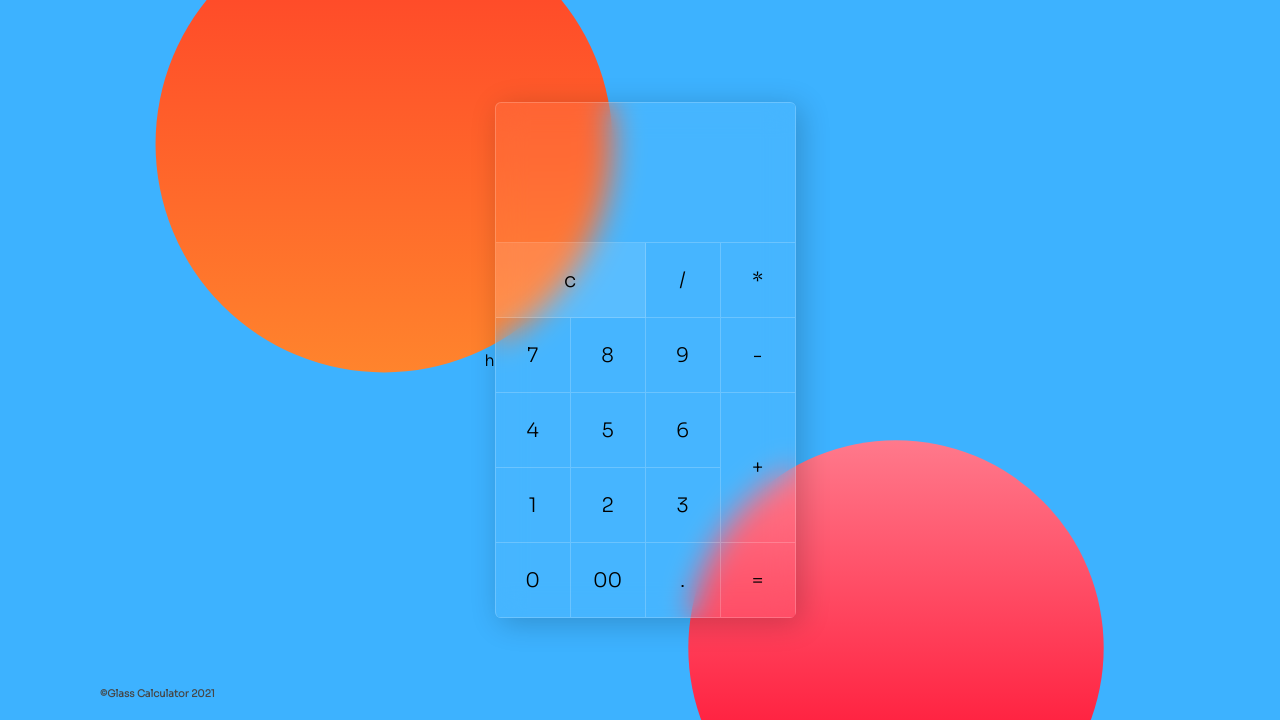
Repository: tharunkumaar404/Glass-Calci
Page: index.html
These files come from the project's save history. The page is drawn as it stood at one moment and after the next save; the edit follows.
The browser window is 1280 px wide. The pictures show the whole page.

Above is the page before, as saved 2021-08-26 15:28:14.

### index.html
<!DOCTYPE html>
<html lang="en">
<head>
    <meta charset="UTF-8">
    <meta http-equiv="X-UA-Compatible" content="IE=edge">
    <meta name="viewport" content="width=device-width, initial-scale=1.0">
    <link rel="icon" href="https://img.icons8.com/fluency/48/000000/calculator.png" type="image/x-icon">
    <title>Calci</title>h
    <link rel="stylesheet" href="styles.css">
</head>
<body>
    <div class="container">
        <form class="calculator" name="calc">
            <input type="text" readonly class="value" name="txt"/>
            <span class="num clear" onclick="calc.txt.value = ''">c</span>
            <span class="num" onclick="document.calc.txt.value +='/'">/</span>
            <span class="num" onclick="document.calc.txt.value +='*'">*</span>
            <span class="num" onclick="document.calc.txt.value +='7'">7</span>
            <span class="num" onclick="document.calc.txt.value +='8'">8</span>
            <span class="num" onclick="document.calc.txt.value +='9'">9</span>
            <span class="num" onclick="document.calc.txt.value +='-'">-</span>
            <span class="num" onclick="document.calc.txt.value +='4'">4</span>
            <span class="num " onclick="document.calc.txt.value +='5'">5</span>
            <span class="num" onclick="document.calc.txt.value +='6'">6</span>
            <span class="num plus" onclick="document.calc.txt.value +='+'">+</span>
            <span class="num" onclick="document.calc.txt.value +='1'">1</span>
            <span class="num" onclick="document.calc.txt.value +='2'">2</span>
            <span class="num" onclick="document.calc.txt.value +='3'">3</span>
            <span class="num" onclick="document.calc.txt.value +='0'">0</span>
            <span class="num" onclick="document.calc.txt.value +='00'">00</span>
            <span class="num" onclick="document.calc.txt.value +='.'"">.</span>
            <span class="num equal" onclick="document.calc.txt.value =eval(calc.txt.value)">=</span>
        </form>
    </div>
    <h5>©Glass Calculator 2021</h5>
    <script type="text/javascript" src="vanilla-tilt.js"></script>
    <script type="text/javascript">
    	VanillaTilt.init(document.querySelector(".container"), {
    		max: 15,
    		speed: 400,
            glare: true,
            "max-glare":0.2,
            gyroscope:true,
    	});
    </script>
</html>

### styles.css
@import url('https://fonts.googleapis.com/css2?family=Sora:wght@300&display=swap');

*{
    margin: 0;
    padding: 0;
    box-sizing: border-box;
    font-family: 'Sora', sans-serif;
}


body{
display:flex;
justify-content: center;
align-items: center;
min-height: 100vh;
background: #3DB2FF;
}

body::before{
    content: '';
    position: absolute;
    top: 0;
    left:0;
    width: 100%;
    height:100%;
    background:linear-gradient(#FF4C29,#FFB830);
    clip-path: circle(22% at 30% 20%);
}
body::after{
    content: '';
    position: absolute;
    top: 0;
    left:0;
    width: 100%;
    height:100%;
    background:linear-gradient(#fff,#FF2442);
    clip-path: circle(20% at 70% 90%);
}

.container{
    position:relative;
    background: rgba(255,255,255,0.05);
    border-radius: 6px;
    overflow: hidden;
    z-index:10;
    backdrop-filter: blur(15px);
    border-top: 1px solid rgba(255,255,255,0.2);
    border-left:1px solid rgba(255,255,255,0.2);
    box-shadow: 5px 5px 30px rgba(0,0,0,0.2);

}

.container .calculator{
    position:relative;
    display:grid;

}

.container .calculator .value{
    grid-column: span 4;
    height: 140px;
    width:300px;
    text-align:right;
    border:none;
    outline:none;
    padding:10px;
    font-size:30px;
    background: transparent;
    color: #000;
    border-bottom: 1px solid rgba(255,255,255,0.2);
    border-right:1px solid rgba(255,255,255,0.2);


}
.container .calculator span {
    display:grid;
    place-items:center;
    height: 75px;
    width:75px;
    color:black;
    cursor:pointer;
    font-weight:400;
    font-size:20px;
    user-select:none;
    border-bottom: 1px solid rgba(255,255,255,0.2);
    border-right:1px solid rgba(255,255,255,0.2);
    transition: 0.5s;


}
.container .calculator span:hover{
    transition: 0s;
    background: rgba(255,255,255,0.2);
}

.container .calculator span:active{
    background: #3DB2FF;
    color: #F7F3E9;
    font-size: 24px;
    font-weight: 500;

}
.container .calculator .clear{
    grid-column: span 2;
    width:150px;
    background: rgba(255,255,255,0.1);
}
.container .calculator .plus{
grid-row: span 2;
height:150px;
}

h5{
    position: absolute;
    left:100px;
    bottom: 20px;
    font-size: 10px;
    color:rgb(70, 70, 70);
}

### vanilla-tilt.js
var VanillaTilt = (function () {
'use strict';

/**
 * Created by Sergiu Șandor (micku7zu) on 1/27/2017.
 * Original idea: https://github.com/gijsroge/tilt.js
 * MIT License.
 * Version 1.7.1
 */

class VanillaTilt {
  constructor(element, settings = {}) {
    if (!(element instanceof Node)) {
      throw ("Can't initialize VanillaTilt because " + element + " is not a Node.");
    }

    this.width = null;
    this.height = null;
    this.clientWidth = null;
    this.clientHeight = null;
    this.left = null;
    this.top = null;

    // for Gyroscope sampling
    this.gammazero = null;
    this.betazero = null;
    this.lastgammazero = null;
    this.lastbetazero = null;

    this.transitionTimeout = null;
    this.updateCall = null;
    this.event = null;

    this.updateBind = this.update.bind(this);
    this.resetBind = this.reset.bind(this);

    this.element = element;
    this.settings = this.extendSettings(settings);

    this.reverse = this.settings.reverse ? -1 : 1;
    this.glare = VanillaTilt.isSettingTrue(this.settings.glare);
    this.glarePrerender = VanillaTilt.isSettingTrue(this.settings["glare-prerender"]);
    this.fullPageListening = VanillaTilt.isSettingTrue(this.settings["full-page-listening"]);
    this.gyroscope = VanillaTilt.isSettingTrue(this.settings.gyroscope);
    this.gyroscopeSamples = this.settings.gyroscopeSamples;

    this.elementListener = this.getElementListener();

    if (this.glare) {
      this.prepareGlare();
    }

    if (this.fullPageListening) {
      this.updateClientSize();
    }

    this.addEventListeners();
    this.updateInitialPosition();
  }

  static isSettingTrue(setting) {
    return setting === "" || setting === true || setting === 1;
  }

  /**
   * Method returns element what will be listen mouse events
   * @return {Node}
   */
  getElementListener() {
    if (this.fullPageListening) {
      return window.document;
    }

    if (typeof this.settings["mouse-event-element"] === "string") {
      const mouseEventElement = document.querySelector(this.settings["mouse-event-element"]);

      if (mouseEventElement) {
        return mouseEventElement;
      }
    }

    if (this.settings["mouse-event-element"] instanceof Node) {
      return this.settings["mouse-event-element"];
    }

    return this.element;
  }

  /**
   * Method set listen methods for this.elementListener
   * @return {Node}
   */
  addEventListeners() {
    this.onMouseEnterBind = this.onMouseEnter.bind(this);
    this.onMouseMoveBind = this.onMouseMove.bind(this);
    this.onMouseLeaveBind = this.onMouseLeave.bind(this);
    this.onWindowResizeBind = this.onWindowResize.bind(this);
    this.onDeviceOrientationBind = this.onDeviceOrientation.bind(this);

    this.elementListener.addEventListener("mouseenter", this.onMouseEnterBind);
    this.elementListener.addEventListener("mouseleave", this.onMouseLeaveBind);
    this.elementListener.addEventListener("mousemove", this.onMouseMoveBind);

    if (this.glare || this.fullPageListening) {
      window.addEventListener("resize", this.onWindowResizeBind);
    }

    if (this.gyroscope) {
      window.addEventListener("deviceorientation", this.onDeviceOrientationBind);
    }
  }

  /**
   * Method remove event listeners from current this.elementListener
   */
  removeEventListeners() {
    this.elementListener.removeEventListener("mouseenter", this.onMouseEnterBind);
    this.elementListener.removeEventListener("mouseleave", this.onMouseLeaveBind);
    this.elementListener.removeEventListener("mousemove", this.onMouseMoveBind);

    if (this.gyroscope) {
      window.removeEventListener("deviceorientation", this.onDeviceOrientationBind);
    }

    if (this.glare || this.fullPageListening) {
      window.removeEventListener("resize", this.onWindowResizeBind);
    }
  }

  destroy() {
    clearTimeout(this.transitionTimeout);
    if (this.updateCall !== null) {
      cancelAnimationFrame(this.updateCall);
    }

    this.reset();

    this.removeEventListeners();
    this.element.vanillaTilt = null;
    delete this.element.vanillaTilt;

    this.element = null;
  }

  onDeviceOrientation(event) {
    if (event.gamma === null || event.beta === null) {
      return;
    }

    this.updateElementPosition();

    if (this.gyroscopeSamples > 0) {
      this.lastgammazero = this.gammazero;
      this.lastbetazero = this.betazero;

      if (this.gammazero === null) {
        this.gammazero = event.gamma;
        this.betazero = event.beta;
      } else {
        this.gammazero = (event.gamma + this.lastgammazero) / 2;
        this.betazero = (event.beta + this.lastbetazero) / 2;
      }

      this.gyroscopeSamples -= 1;
    }

    const totalAngleX = this.settings.gyroscopeMaxAngleX - this.settings.gyroscopeMinAngleX;
    const totalAngleY = this.settings.gyroscopeMaxAngleY - this.settings.gyroscopeMinAngleY;

    const degreesPerPixelX = totalAngleX / this.width;
    const degreesPerPixelY = totalAngleY / this.height;

    const angleX = event.gamma - (this.settings.gyroscopeMinAngleX + this.gammazero);
    const angleY = event.beta - (this.settings.gyroscopeMinAngleY + this.betazero);

    const posX = angleX / degreesPerPixelX;
    const posY = angleY / degreesPerPixelY;

    if (this.updateCall !== null) {
      cancelAnimationFrame(this.updateCall);
    }

    this.event = {
      clientX: posX + this.left,
      clientY: posY + this.top,
    };

    this.updateCall = requestAnimationFrame(this.updateBind);
  }

  onMouseEnter() {
    this.updateElementPosition();
    this.element.style.willChange = "transform";
    this.setTransition();
  }

  onMouseMove(event) {
    if (this.updateCall !== null) {
      cancelAnimationFrame(this.updateCall);
    }

    this.event = event;
    this.updateCall = requestAnimationFrame(this.updateBind);
  }

  onMouseLeave() {
    this.setTransition();

    if (this.settings.reset) {
      requestAnimationFrame(this.resetBind);
    }
  }

  reset() {
    this.event = {
      clientX: this.left + this.width / 2,
      clientY: this.top + this.height / 2
    };

    if (this.element && this.element.style) {
      this.element.style.transform = `perspective(${this.settings.perspective}px) ` +
        `rotateX(0deg) ` +
        `rotateY(0deg) ` +
        `scale3d(1, 1, 1)`;
    }

    this.resetGlare();
  }

  resetGlare() {
    if (this.glare) {
      this.glareElement.style.transform = "rotate(180deg) translate(-50%, -50%)";
      this.glareElement.style.opacity = "0";
    }
  }

  updateInitialPosition() {
    if (this.settings.startX === 0 && this.settings.startY === 0) {
      return;
    }

    this.onMouseEnter();

    if (this.fullPageListening) {
      this.event = {
        clientX: (this.settings.startX + this.settings.max) / (2 * this.settings.max) * this.clientWidth,
        clientY: (this.settings.startY + this.settings.max) / (2 * this.settings.max) * this.clientHeight
      };
    } else {
      this.event = {
        clientX: this.left + ((this.settings.startX + this.settings.max) / (2 * this.settings.max) * this.width),
        clientY: this.top + ((this.settings.startY + this.settings.max) / (2 * this.settings.max) * this.height)
      };
    }


    let backupScale = this.settings.scale;
    this.settings.scale = 1;
    this.update();
    this.settings.scale = backupScale;
    this.resetGlare();
  }

  getValues() {
    let x, y;

    if (this.fullPageListening) {
      x = this.event.clientX / this.clientWidth;
      y = this.event.clientY / this.clientHeight;
    } else {
      x = (this.event.clientX - this.left) / this.width;
      y = (this.event.clientY - this.top) / this.height;
    }

    x = Math.min(Math.max(x, 0), 1);
    y = Math.min(Math.max(y, 0), 1);

    let tiltX = (this.reverse * (this.settings.max - x * this.settings.max * 2)).toFixed(2);
    let tiltY = (this.reverse * (y * this.settings.max * 2 - this.settings.max)).toFixed(2);
    let angle = Math.atan2(this.event.clientX - (this.left + this.width / 2), -(this.event.clientY - (this.top + this.height / 2))) * (180 / Math.PI);

    return {
      tiltX: tiltX,
      tiltY: tiltY,
      percentageX: x * 100,
      percentageY: y * 100,
      angle: angle
    };
  }

  updateElementPosition() {
    let rect = this.element.getBoundingClientRect();

    this.width = this.element.offsetWidth;
    this.height = this.element.offsetHeight;
    this.left = rect.left;
    this.top = rect.top;
  }

  update() {
    let values = this.getValues();

    this.element.style.transform = "perspective(" + this.settings.perspective + "px) " +
      "rotateX(" + (this.settings.axis === "x" ? 0 : values.tiltY) + "deg) " +
      "rotateY(" + (this.settings.axis === "y" ? 0 : values.tiltX) + "deg) " +
      "scale3d(" + this.settings.scale + ", " + this.settings.scale + ", " + this.settings.scale + ")";

    if (this.glare) {
      this.glareElement.style.transform = `rotate(${values.angle}deg) translate(-50%, -50%)`;
      this.glareElement.style.opacity = `${values.percentageY * this.settings["max-glare"] / 100}`;
    }

    this.element.dispatchEvent(new CustomEvent("tiltChange", {
      "detail": values
    }));

    this.updateCall = null;
  }

  /**
   * Appends the glare element (if glarePrerender equals false)
   * and sets the default style
   */
  prepareGlare() {
    // If option pre-render is enabled we assume all html/css is present for an optimal glare effect.
    if (!this.glarePrerender) {
      // Create glare element
      const jsTiltGlare = document.createElement("div");
      jsTiltGlare.classList.add("js-tilt-glare");

      const jsTiltGlareInner = document.createElement("div");
      jsTiltGlareInner.classList.add("js-tilt-glare-inner");

      jsTiltGlare.appendChild(jsTiltGlareInner);
      this.element.appendChild(jsTiltGlare);
    }

    this.glareElementWrapper = this.element.querySelector(".js-tilt-glare");
    this.glareElement = this.element.querySelector(".js-tilt-glare-inner");

    if (this.glarePrerender) {
      return;
    }

    Object.assign(this.glareElementWrapper.style, {
      "position": "absolute",
      "top": "0",
      "left": "0",
      "width": "100%",
      "height": "100%",
      "overflow": "hidden",
      "pointer-events": "none"
    });

    Object.assign(this.glareElement.style, {
      "position": "absolute",
      "top": "50%",
      "left": "50%",
      "pointer-events": "none",
      "background-image": `linear-gradient(0deg, rgba(255,255,255,0) 0%, rgba(255,255,255,1) 100%)`,
      "width": `${this.element.offsetWidth * 2}px`,
      "height": `${this.element.offsetWidth * 2}px`,
      "transform": "rotate(180deg) translate(-50%, -50%)",
      "transform-origin": "0% 0%",
      "opacity": "0",
    });
  }

  updateGlareSize() {
    if (this.glare) {
      Object.assign(this.glareElement.style, {
        "width": `${this.element.offsetWidth * 2}`,
        "height": `${this.element.offsetWidth * 2}`,
      });
    }
  }

  updateClientSize() {
    this.clientWidth = window.innerWidth
      || document.documentElement.clientWidth
      || document.body.clientWidth;

    this.clientHeight = window.innerHeight
      || document.documentElement.clientHeight
      || document.body.clientHeight;
  }

  onWindowResize() {
    this.updateGlareSize();
    this.updateClientSize();
  }

  setTransition() {
    clearTimeout(this.transitionTimeout);
    this.element.style.transition = this.settings.speed + "ms " + this.settings.easing;
    if (this.glare) this.glareElement.style.transition = `opacity ${this.settings.speed}ms ${this.settings.easing}`;

    this.transitionTimeout = setTimeout(() => {
      this.element.style.transition = "";
      if (this.glare) {
        this.glareElement.style.transition = "";
      }
    }, this.settings.speed);

  }

  /**
   * Method return patched settings of instance
   * @param {boolean} settings.reverse - reverse the tilt direction
   * @param {number} settings.max - max tilt rotation (degrees)
   * @param {startX} settings.startX - the starting tilt on the X axis, in degrees. Default: 0
   * @param {startY} settings.startY - the starting tilt on the Y axis, in degrees. Default: 0
   * @param {number} settings.perspective - Transform perspective, the lower the more extreme the tilt gets
   * @param {string} settings.easing - Easing on enter/exit
   * @param {number} settings.scale - 2 = 200%, 1.5 = 150%, etc..
   * @param {number} settings.speed - Speed of the enter/exit transition
   * @param {boolean} settings.transition - Set a transition on enter/exit
   * @param {string|null} settings.axis - What axis should be disabled. Can be X or Y
   * @param {boolean} settings.glare - What axis should be disabled. Can be X or Y
   * @param {number} settings.max-glare - the maximum "glare" opacity (1 = 100%, 0.5 = 50%)
   * @param {boolean} settings.glare-prerender - false = VanillaTilt creates the glare elements for you, otherwise
   * @param {boolean} settings.full-page-listening - If true, parallax effect will listen to mouse move events on the whole document, not only the selected element
   * @param {string|object} settings.mouse-event-element - String selector or link to HTML-element what will be listen mouse events
   * @param {boolean} settings.reset - false = If the tilt effect has to be reset on exit
   * @param {gyroscope} settings.gyroscope - Enable tilting by deviceorientation events
   * @param {gyroscopeSensitivity} settings.gyroscopeSensitivity - Between 0 and 1 - The angle at which max tilt position is reached. 1 = 90deg, 0.5 = 45deg, etc..
   * @param {gyroscopeSamples} settings.gyroscopeSamples - How many gyroscope moves to decide the starting position.
   */
  extendSettings(settings) {
    let defaultSettings = {
      reverse: false,
      max: 15,
      startX: 0,
      startY: 0,
      perspective: 1000,
      easing: "cubic-bezier(.03,.98,.52,.99)",
      scale: 1,
      speed: 300,
      transition: true,
      axis: null,
      glare: false,
      "max-glare": 1,
      "glare-prerender": false,
      "full-page-listening": false,
      "mouse-event-element": null,
      reset: true,
      gyroscope: true,
      gyroscopeMinAngleX: -45,
      gyroscopeMaxAngleX: 45,
      gyroscopeMinAngleY: -45,
      gyroscopeMaxAngleY: 45,
      gyroscopeSamples: 10
    };

    let newSettings = {};
    for (var property in defaultSettings) {
      if (property in settings) {
        newSettings[property] = settings[property];
      } else if (this.element.hasAttribute("data-tilt-" + property)) {
        let attribute = this.element.getAttribute("data-tilt-" + property);
        try {
          newSettings[property] = JSON.parse(attribute);
        } catch (e) {
          newSettings[property] = attribute;
        }

      } else {
        newSettings[property] = defaultSettings[property];
      }
    }

    return newSettings;
  }

  static init(elements, settings) {
    if (elements instanceof Node) {
      elements = [elements];
    }

    if (elements instanceof NodeList) {
      elements = [].slice.call(elements);
    }

    if (!(elements instanceof Array)) {
      return;
    }

    elements.forEach((element) => {
      if (!("vanillaTilt" in element)) {
        element.vanillaTilt = new VanillaTilt(element, settings);
      }
    });
  }
}

if (typeof document !== "undefined") {
  /* expose the class to window */
  window.VanillaTilt = VanillaTilt;

  /**
   * Auto load
   */
  VanillaTilt.init(document.querySelectorAll("[data-tilt]"));
}

return VanillaTilt;

}());

After the next save:
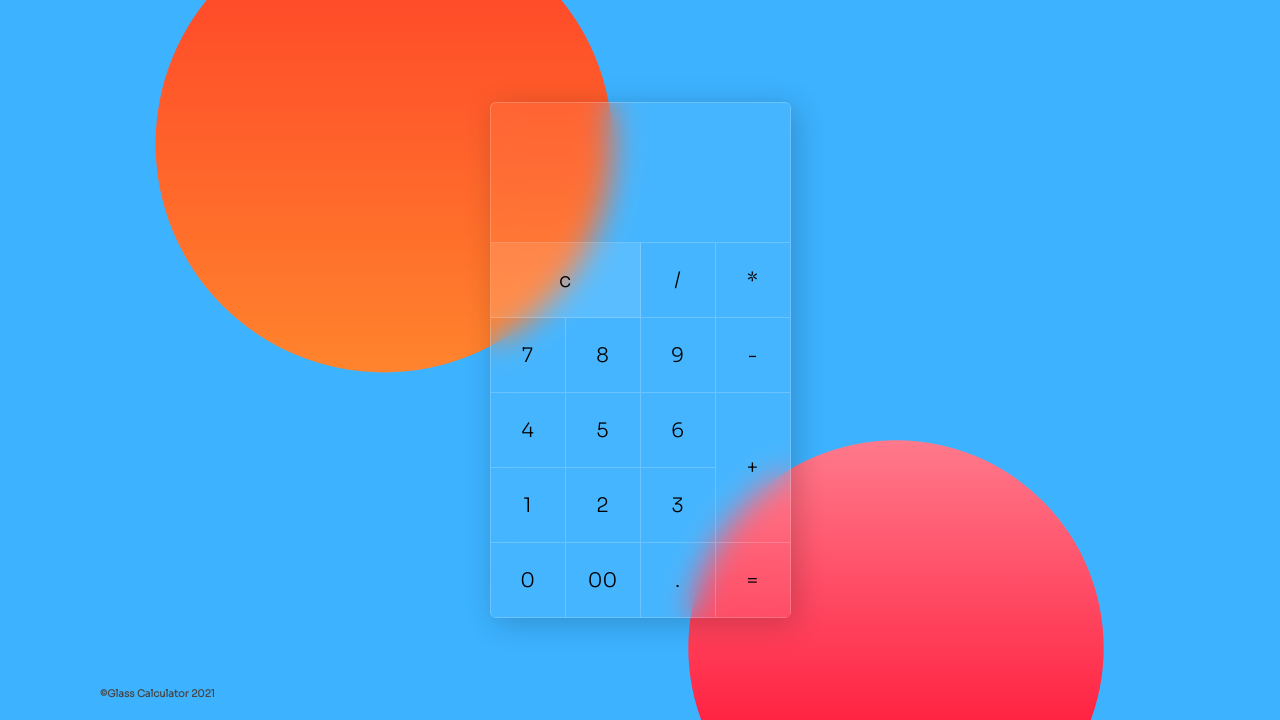
Saved 23 s later.
--- a/index.html
+++ b/index.html
@@ -5,7 +5,7 @@
     <meta http-equiv="X-UA-Compatible" content="IE=edge">
     <meta name="viewport" content="width=device-width, initial-scale=1.0">
     <link rel="icon" href="https://img.icons8.com/fluency/48/000000/calculator.png" type="image/x-icon">
-    <title>Calci</title>h
+    <title>Calci</title>
     <link rel="stylesheet" href="styles.css">
 </head>
 <body>
